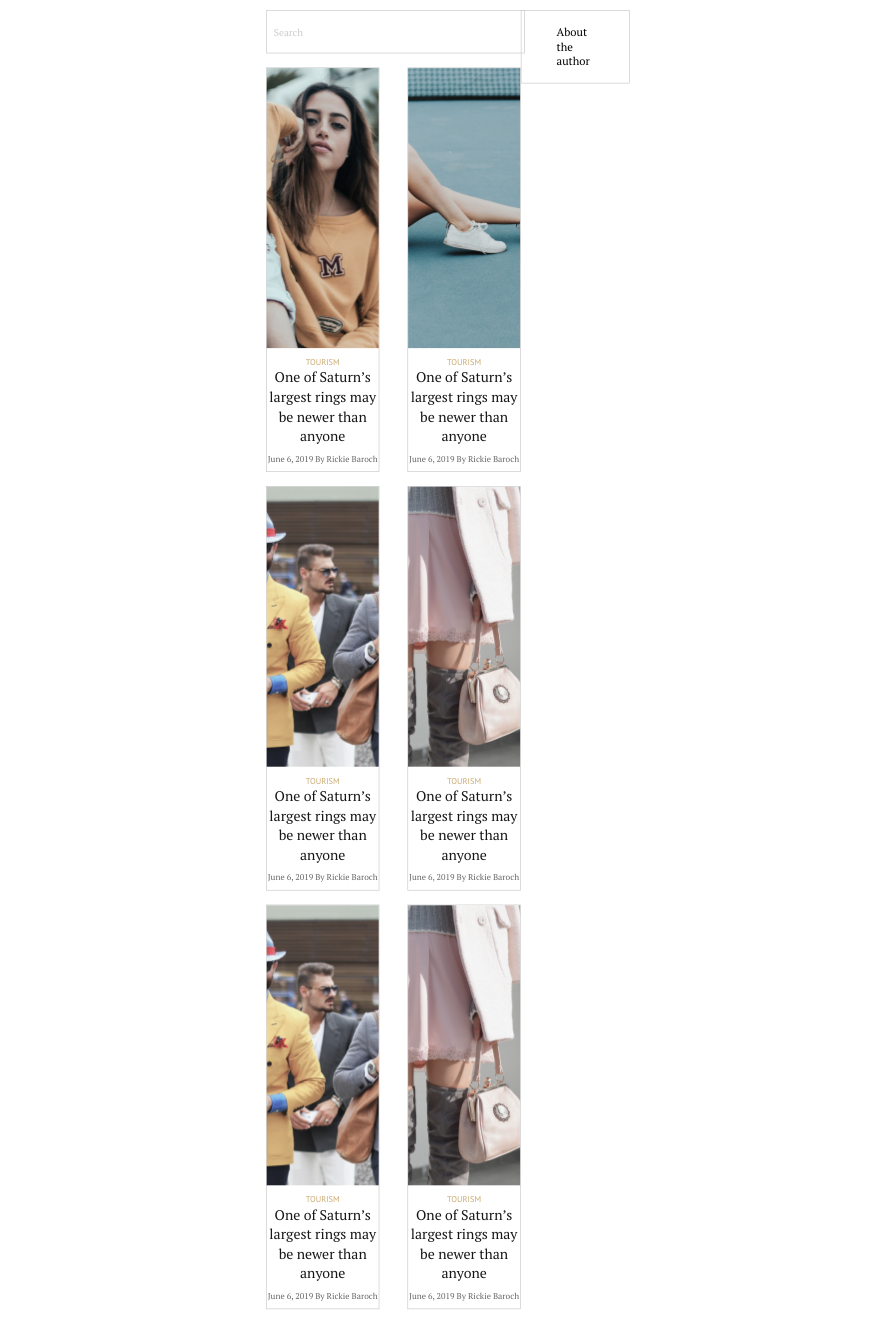
Repository: ThanhHien65/CIJS75
Page: / (app in REACTJS-FashionBlog/fashionblog/)
An editor plug-in stored every save of this project. The page is shown before and after the next save, followed by the edit.
The browser window is 1280 px wide. The pictures show the part of the page from y = 806 to 2726 px (the page is 2726 px tall), at 70% of full size.
The project was rebuilt for these pictures with package versions that can differ from the ones it lists, and the page was loaded fresh each time.

Above is the page before, as saved 2022-06-24 13:45:33.

### REACTJS-FashionBlog/fashionblog/src/App.js
import logo from "./logo.svg";
import "./App.css";
import Header from "./component/header/Header";
import Body from "./component/body/Body";
function App() {
  return (
    <div className="App">
      <header className="App-header">
        <Header></Header>
      </header>
      <div className="body">
        <Body></Body>
      </div>
    </div>
  );
}

export default App;

### REACTJS-FashionBlog/fashionblog/src/App.css
@import url("https://fonts.googleapis.com/css2?family=Lato:wght@300;400;700&family=PT+Serif:ital,wght@0,400;0,700;1,400;1,700&family=Poppins:ital,wght@0,300;0,400;0,500;0,700;1,300;1,600&display=swap");
@import url("https://fonts.googleapis.com/css2?family=Lato:wght@300;400;700&family=PT+Sans:ital,wght@0,400;0,700;1,400&family=PT+Serif:ital,wght@0,400;0,700;1,400;1,700&family=Poppins:ital,wght@0,300;0,400;0,500;0,700;1,300;1,600&display=swap");
* {
  margin: 0;
  padding: 0;
  font-size: 10px;
  box-sizing: border-box;
}
.headerFashion {
  font-family: "PT Serif";
  font-style: normal;
  font-weight: 700;
  font-size: 2.5rem;
  line-height: 3.3rem;
  letter-spacing: 0.25rem;
  text-transform: uppercase;
  float: left;
  color: #171717;
  position: absolute;
  margin: 2rem 5rem;
  cursor: pointer;
}
.headerFashion::after {
  content: "";
  position: absolute;
  background-color: #c9a96e;
  bottom: 0;
  left: 0;
  width: 100%;
  height: 0.2rem;
}
.headerItem li {
  float: right;
  display: inline-block;
  padding: 0 1rem;
  text-transform: capitalize;
  line-height: 6.2rem;
  font-family: "PT Serif";
  font-weight: 400;
  font-size: 1.4rem;
  cursor: pointer;
}
.headerItem li:first-child {
  padding-right: 5rem;
}
.headerItem li:hover {
  color: #c9a96e;
}
.headerBig {
  padding-bottom: 7rem;
}
.headerBanner {
  background-image: url(./image/imagebanner.png);
  width: 100%;
  height: 70rem;
  background-repeat: no-repeat;
  object-fit: contain;
  position: relative;
}
.bannercontent {
  position: absolute;
  top: calc(50% - 100px / 2 + 212px);
  left: 20%;
}
.bannerVehicle {
  font-family: "PT Sans";
  font-weight: 400;
  font-size: 1.4rem;
  line-height: 1.8rem;
  text-transform: uppercase;
  color: #ffffff;
  padding-bottom: 1rem;
}
.bannerslogan {
  height: 10rem;
  max-width: 60rem;
  font-family: "PT Serif";
  font-style: normal;
  font-weight: 700;
  font-size: 4rem;
  line-height: 5rem;
  color: #ffffff;
  padding-bottom: 1rem;
}
.bannertime {
  font-family: "PT Serif";
  font-style: normal;
  font-weight: 400;
  font-size: 1.4rem;
  line-height: 1.9rem;
  color: #ffffff;
}
.bodyContent {
  display: flex;
  padding: 5rem 38rem;
  justify-content: space-between;
}
.Contentleft {
  width: 70%;
}
.ContentSeach input {
  font-family: "PT Serif";
  width: 37rem;
  height: 6.2rem;
  border: 1px solid #cccccc;
  font-size: 1.4rem;
}
.ContentSeach input::placeholder {
  font-family: "PT Serif";
  color: #cccccc;
  position: absolute;
  top: 50%;
  transform: translateY(-50%);
  left: 1rem;
  font-size: 1.4rem;
}
.rightAbout {
  border: 1px solid #cccccc;
  padding: 2rem 5rem;
  font-family: "PT Serif";
  font-style: normal;
  font-weight: 400;
  font-size: 1.6rem;
  line-height: 2.1rem;
}
.ContentImage {
  display: flex;
  margin-top: 2rem;
  text-align: center;
}
.image_1 {
  width: 36.8rem;
  margin-right: 4rem;
  border: 1px solid #cccccc;
}
.imageFas img {
  width: 100%;
  height: 40rem;
  object-fit: cover;
}
.detailstour {
  font-family: "PT Sans";
  font-style: normal;
  font-weight: 400;
  font-size: 12px;
  line-height: 16px;
  color: #c9a96e;
  text-transform: uppercase;
  padding-top: 1rem;
}
.imagedetails h3 {
  font-family: "PT Serif";
  font-style: normal;
  font-weight: 400;
  font-size: 20px;
  line-height: 28px;
  text-align: center;
  color: #171717;
}
.detaildate {
  font-family: "PT Serif";
  font-style: normal;
  font-weight: 400;
  font-size: 12px;
  line-height: 16px;
  color: #666666;
  padding: 1rem 0;
}
.image_2 {
  width: 36.8rem;
  border: 1px solid #cccccc;
}

### REACTJS-FashionBlog/fashionblog/src/component/header/Header.js
import React from "react";
const Header = () => {
  return (
    <div className="header">
      <div className="headerBig">
        <div className="headerFashion">fashion</div>
        <ul className="headerItem">
          <li>home</li>
          <li>recipes</li>
          <li>article</li>
          <li>contact</li>
          <li>purchase</li>
        </ul>
      </div>
      <div className="headerBanner">
        <div className="bannercontent">
          <div className="bannerVehicle">vehicle</div>
          <h1 className="bannerslogan">
            One of Saturn’s largest rings may be newer than anyone
          </h1>
          <div className="bannertime">
            June 6, 2019 By Rickie Baroch 4 comments
          </div>
        </div>
      </div>
    </div>
  );
};

export default Header;

### REACTJS-FashionBlog/fashionblog/src/component/body/Body.js
import React from "react";
import bitmap from "../../image/Bitmap.png";
import { ImageInfo, Image } from "./info";
const Body = () => {
  return (
    <div className="bodyContent">
      <div className="Contentleft">
        <div className="ContentSeach">
          <input type="text" placeholder="Search" />
        </div>
        {ImageInfo.map((item, index) => {
          return (
            <Image
              key={index}
              tour={item.tour}
              details={item.details}
              date={item.date}
              image1={item.image1}
              image2={item.image2}
            ></Image>
          );
        })}
      </div>
      <div className="ContentRight">
        <div className="rightAbout">About the author</div>
      </div>
    </div>
  );
};

export default Body;

### REACTJS-FashionBlog/fashionblog/src/component/body/info.js
import bitmap from "../../image/Bitmap.png";
import bitmap1 from "../../image/Bitmap1.png";
import bitmap2 from "../../image/Bitmap2.png";
import bitmap3 from "../../image/Bitmap3.png";
import bitmap4 from "../../image/Bitmap4.png";
import bitmap5 from "../../image/Bitmap5.png";
export const ImageInfo = [
  {
    image1: bitmap,
    image2: bitmap1,
    tour: "Tourism",
    details: "One of Saturn’s largest rings may be newer than anyone",
    date: "June 6, 2019 By Rickie Baroch",
  },
  {
    image1: bitmap2,
    image2: bitmap3,
    tour: "Tourism",
    details: "One of Saturn’s largest rings may be newer than anyone",
    date: "June 6, 2019 By Rickie Baroch",
  },
  {
    image1: bitmap2,
    image2: bitmap3,
    tour: "Tourism",
    details: "One of Saturn’s largest rings may be newer than anyone",
    date: "June 6, 2019 By Rickie Baroch",
  },
];
export const Image = (props) => {
  return (
    <div className="ContentImage">
      <div className="image_1">
        <div className="imageFas">
          <img src={props.image1} alt="" />
        </div>
        <div className="imagedetails">
          <div className="detailstour">{props.tour}</div>
          <h3>{props.details}</h3>
          <div className="detaildate">{props.date}</div>
        </div>
      </div>
      <div className="image_2">
        <div className="imageFas">
          <img src={props.image2} alt="" />
        </div>
        <div className="imagedetails">
          <div className="detailstour">{props.tour}</div>
          <h3>{props.details}</h3>
          <div className="detaildate">{props.date}</div>
        </div>
      </div>
    </div>
  );
};

Loaded but not shown: REACTJS-FashionBlog/fashionblog/public/index.html (common file); REACTJS-FashionBlog/fashionblog/src/index.js (common file); REACTJS-FashionBlog/fashionblog/src/index.css (common file); REACTJS-FashionBlog/fashionblog/src/reportWebVitals.js (common file)

After the next save:
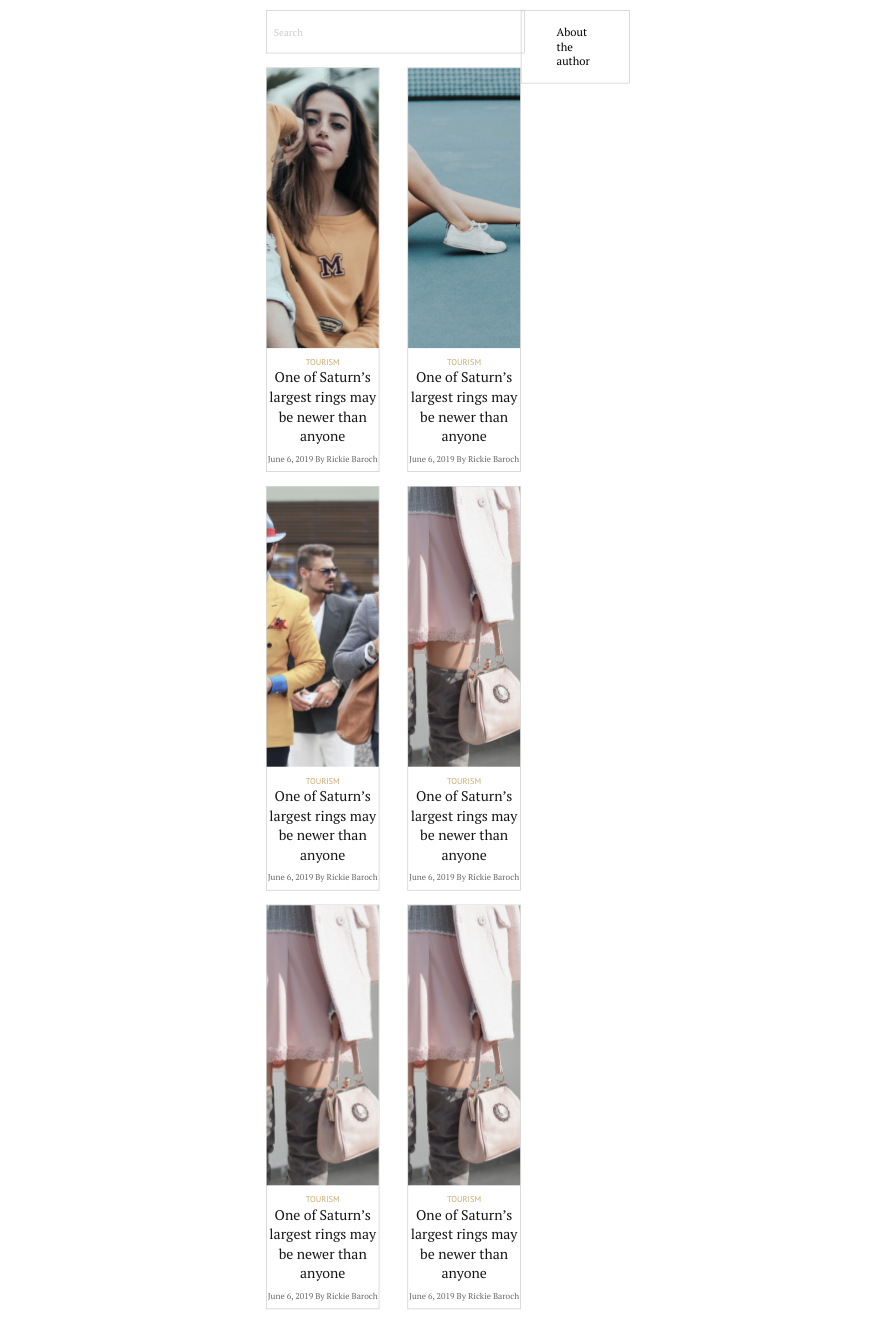
Saved 3 s later.
--- a/REACTJS-FashionBlog/fashionblog/src/component/body/info.js
+++ b/REACTJS-FashionBlog/fashionblog/src/component/body/info.js
@@ -20,7 +20,7 @@ export const ImageInfo = [
     date: "June 6, 2019 By Rickie Baroch",
   },
   {
-    image1: bitmap2,
+    image1: bitmap3,
     image2: bitmap3,
     tour: "Tourism",
     details: "One of Saturn’s largest rings may be newer than anyone",
